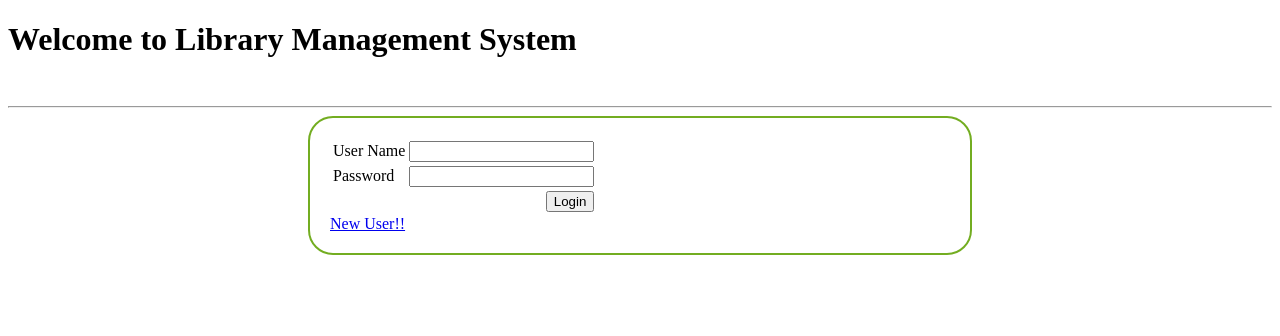
Repository: paragpatidar/LibraryManagementSystem
Page: http://localhost/LibraryManagementSystemSpring/
An editor plug-in stored every save of this project. The page is shown before and after the next save, followed by the edit.
The browser window is 1280 px wide. The pictures show the whole page.
The page is served by Tomcat 9. Nobody is signed in. The application's start-up code is not run.

Above is the page before, as saved 2017-11-08 04:21:05.

After the next save:
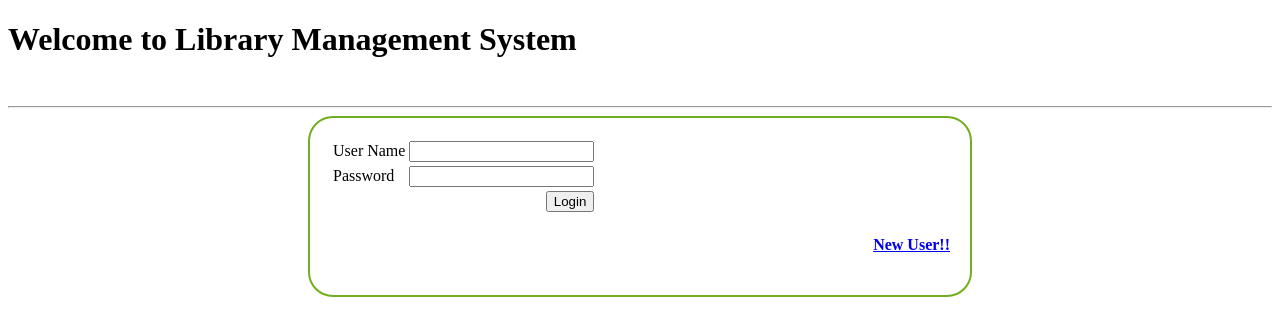
Saved 32 s later.
--- a/LibraryManagementSystemSpring/WebContent/index.jsp
+++ b/LibraryManagementSystemSpring/WebContent/index.jsp
@@ -37,7 +37,7 @@
 
 		</table>
 	</form>
-	<a href="newUser.htm">New User!!</a>
+	<h4 align="right"><a href="newUser.htm">New User!!</a></h4>
 	</div>
 </body>
 </html>
